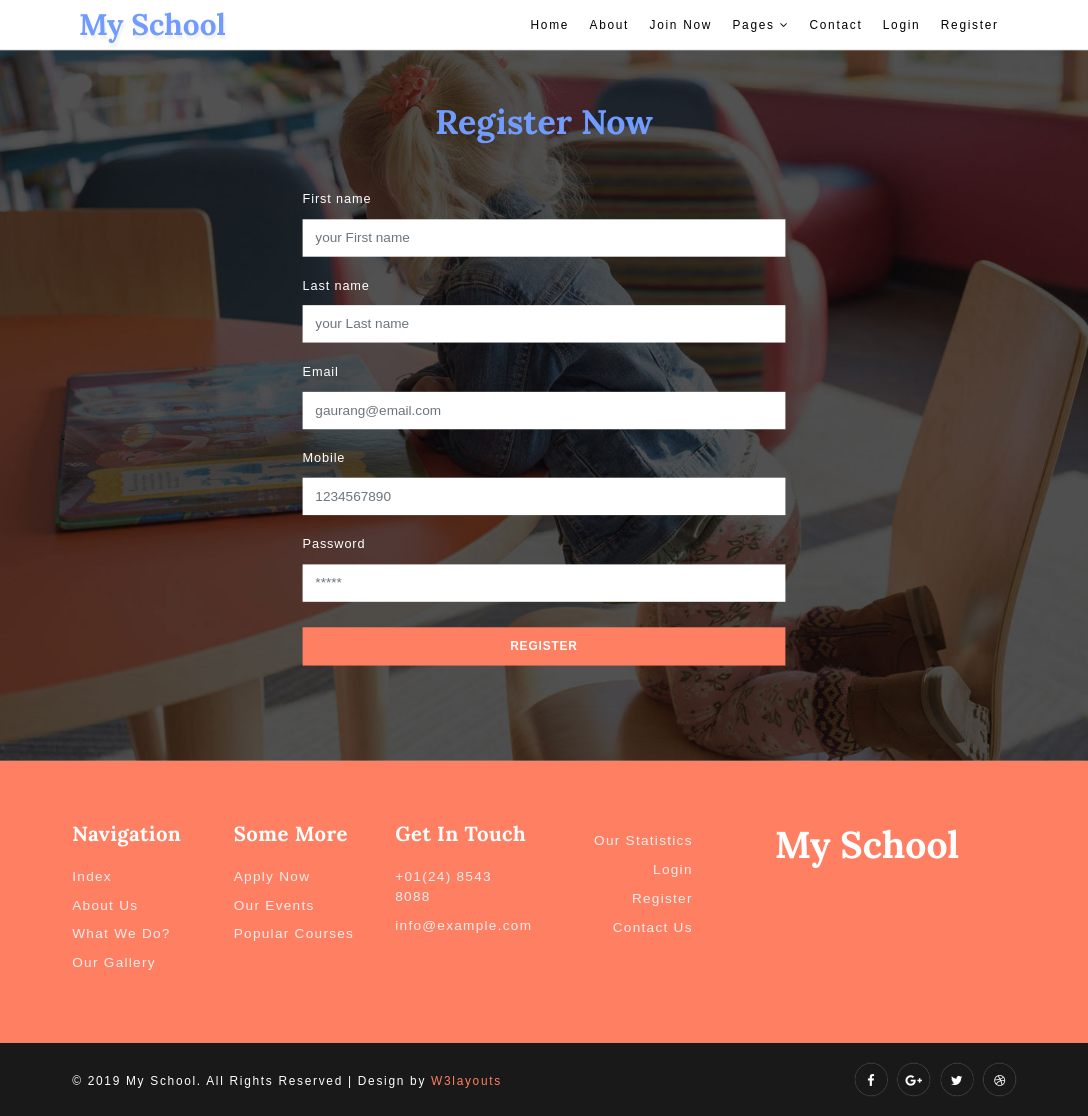
Repository: Gaurangdalvadi6/Web_Technologies_in_JAVA
Page: http://localhost/advance_java_assignment/register.jsp
An editor plug-in stored every save of this project. The page is shown before and after the next save, followed by the edit.
The browser window is 1280 px wide. The pictures show the whole page, at 85% of full size.
Some web fonts or font styles are not loaded; a fallback is used. The page is served by Tomcat 9.

Above is the page before, as saved 2023-04-27 13:32:35.

After the next save:
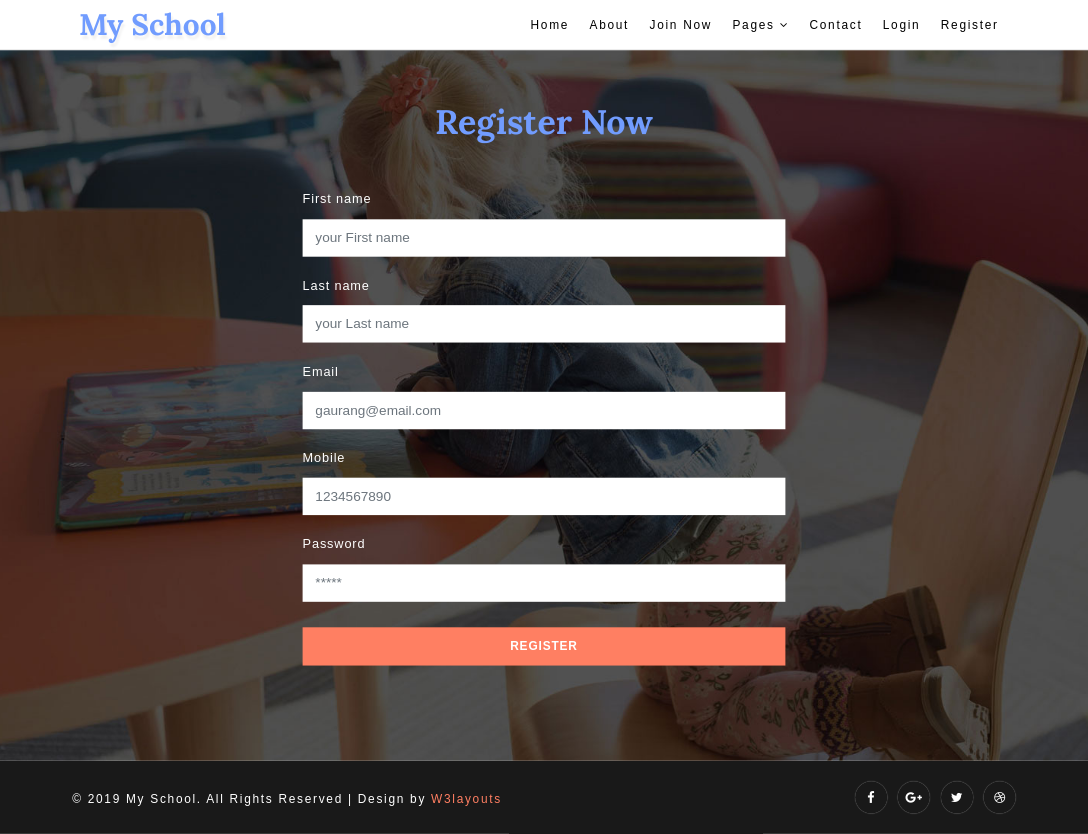
Saved 54 s later.
--- a/advance_java_assignment/src/main/webapp/register.jsp
+++ b/advance_java_assignment/src/main/webapp/register.jsp
@@ -125,80 +125,7 @@ License URL: http://creativecommons.org/licenses/by/3.0/
     </div>
     <!-- //inner banner -->
 
-    <!-- footer -->
-    <footer class="py-5">
-        <div class="container py-xl-4 py-lg-3">
-            <div class="row footer-grids">
-                <div class="col-lg-2 col-6 footer-grid">
-                    <h3 class="mb-sm-4 mb-3">Navigation</h3>
-                    <ul class="list-unstyled">
-                        <li>
-                            <a href="index.html">Index</a>
-                        </li>
-                        <li>
-                            <a href="index.html">About Us</a>
-                        </li>
-                        <li>
-                            <a href="index.html">What We Do?</a>
-                        </li>
-                        <li>
-                            <a href="index.html">Our Gallery</a>
-                        </li>
-                    </ul>
-                </div>
-                <div class="col-lg-2 col-6 footer-grid">
-                    <h3 class="mb-sm-4 mb-3">Some More</h3>
-                    <ul class="list-unstyled">
-                        <li>
-                            <a href="index.html">Apply Now</a>
-                        </li>
-                        <li>
-                            <a href="index.html">Our Events</a>
-                        </li>
-                        <li>
-                            <a href="index.html">Popular Courses</a>
-                        </li>
-                    </ul>
-                </div>
-                <div class="col-lg-2 col-6 footer-grid footer-contact mt-lg-0 mt-4">
-                    <h3 class="mb-sm-4 mb-3">Get In Touch</h3>
-                    <ul class="list-unstyled">
-                        <li>
-                            +01(24) 8543 8088
-                        </li>
-                        <li>
-                            <a href="mailto:info@example.com">info@example.com</a>
-                        </li>
-                    </ul>
-                </div>
-                <div class="col-lg-2 col-6 footer-grid text-lg-right">
-                    <ul class="list-unstyled">
-                        <li>
-                            <a href="index.html">Our Statistics</a>
-                        </li>
-                        <li>
-                            <a href="login.html">Login</a>
-                        </li>
-                        <li>
-                            <a href="register.html">Register</a>
-                        </li>
-                        <li>
-                            <a href="index.html">Contact Us</a>
-                        </li>
-                    </ul>
-                </div>
-                <div class="col-lg-4 footer-grid mt-lg-0 mt-4">
-                    <div class="footer-logo">
-                        <h2 class="text-lg-center text-center">
-                            <a class="logo text-wh font-weight-bold" href="index.html">
-                                My School</a>
-                        </h2>
-                    </div>
-                </div>
-            </div>
-        </div>
-    </footer>
-    <!-- //footer -->
+
     <!-- copyright -->
     <div class="copyright-w3ls py-4">
         <div class="container">
